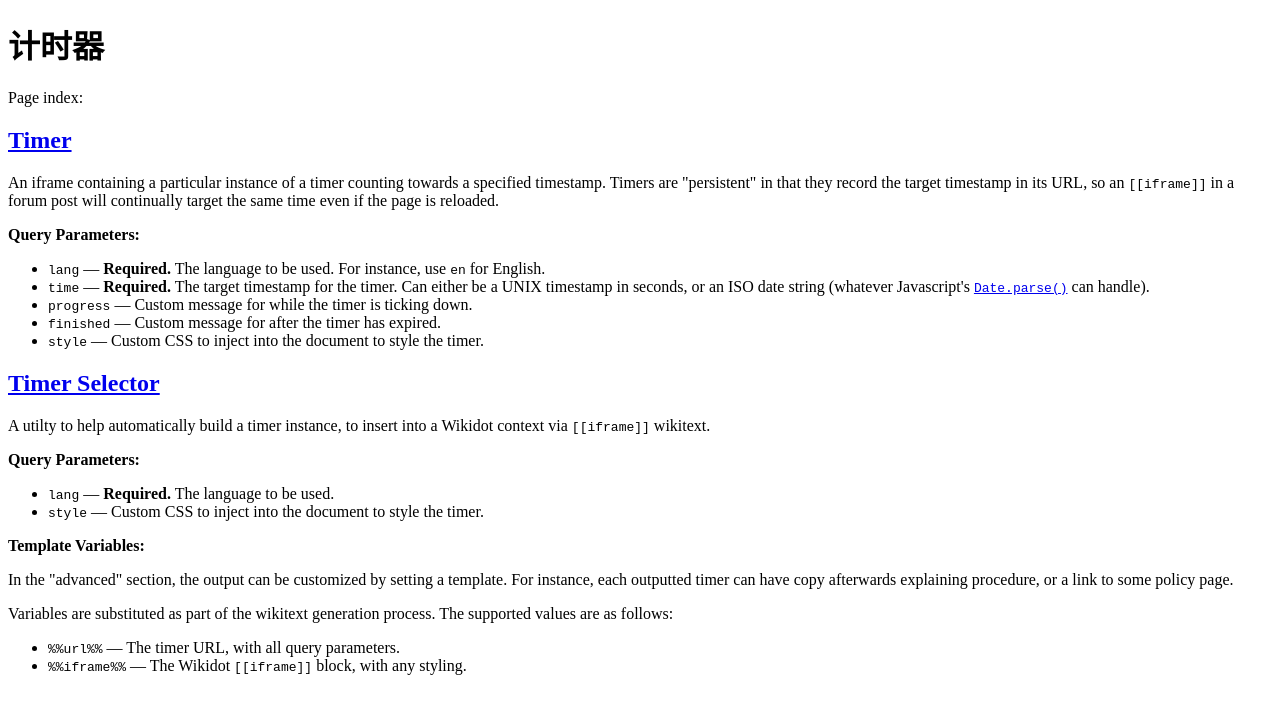
Repository: cirisus/ArknighTimer
Page: index.html
An editor plug-in stored every save of this project. The page is shown before and after the next save, followed by the edit.
The browser window is 1280 px wide. The pictures show the whole page.

Above is the page before, as saved 2024-03-04 21:09:55.

### index.html
<!DOCTYPE html>
<html>
  <head>
    <title>明日方舟同人中文站 - 计时器</title>

    <meta charset="UTF-8">
  </head>

  <body>
    <h1>计时器</h1>

    <p>
      Page index:
    </p>

    <h2 id="timer"><a href="/timer.html">Timer</a></h2>

    <p>
      An iframe containing a particular instance of a timer counting towards a specified timestamp.

      Timers are "persistent" in that they record the target timestamp in its URL, so an
      <tt>[[iframe]]</tt> in a forum post will continually target the same time even if
      the page is reloaded.
    </p>

    <p>
      <strong>Query Parameters:</strong>
    </p>

    <ul>
      <li>
        <tt>lang</tt> &mdash; <strong>Required.</strong> The language to be used.
        For instance, use <tt>en</tt> for English.
      </li>

      <li>
        <tt>time</tt> &mdash; <strong>Required.</strong> The target timestamp for the timer.
        Can either be a UNIX timestamp in seconds, or an ISO date string (whatever Javascript's
        <a href="https://developer.mozilla.org/en-US/docs/Web/JavaScript/Reference/Global_Objects/Date/parse"><tt>Date.parse()</tt></a> can handle).
      </li>

      <li>
        <tt>progress</tt> &mdash; Custom message for while the timer is ticking down.
      </li>

      <li>
        <tt>finished</tt> &mdash; Custom message for after the timer has expired.
      </li>

      <li>
        <tt>style</tt> &mdash; Custom CSS to inject into the document to style the timer.
      </li>
    </ul>

    <h2 id="timer-selector"><a href="/timer/timer-selector.html">Timer Selector</a></h2>

    <p>
      A utilty to help automatically build a timer instance, to insert into a Wikidot context
      via <tt>[[iframe]]</tt> wikitext.
    </p>

    <p>
      <strong>Query Parameters:</strong>
    </p>

    <ul>
      <li>
        <tt>lang</tt> &mdash; <strong>Required.</strong> The language to be used.
      </li>

      <li>
        <tt>style</tt> &mdash; Custom CSS to inject into the document to style the timer.
      </li>
    </ul>

    <p>
      <strong>Template Variables:</strong>
    </p>

    <p>
      In the "advanced" section, the output can be customized by setting a template.
      For instance, each outputted timer can have copy afterwards explaining procedure,
      or a link to some policy page.
    </p>

    <p>
      Variables are substituted as part of the wikitext generation process.
      The supported values are as follows:
    </p>

    <ul>
      <li>
        <tt>%%url%%</tt> &mdash; The timer URL, with all query parameters.
      </li>

      <li>
        <tt>%%iframe%%</tt> &mdash; The Wikidot <tt>[[iframe]]</tt> block, with any styling.
      </li>
    </ul>
  </body>
</html>

After the next save:
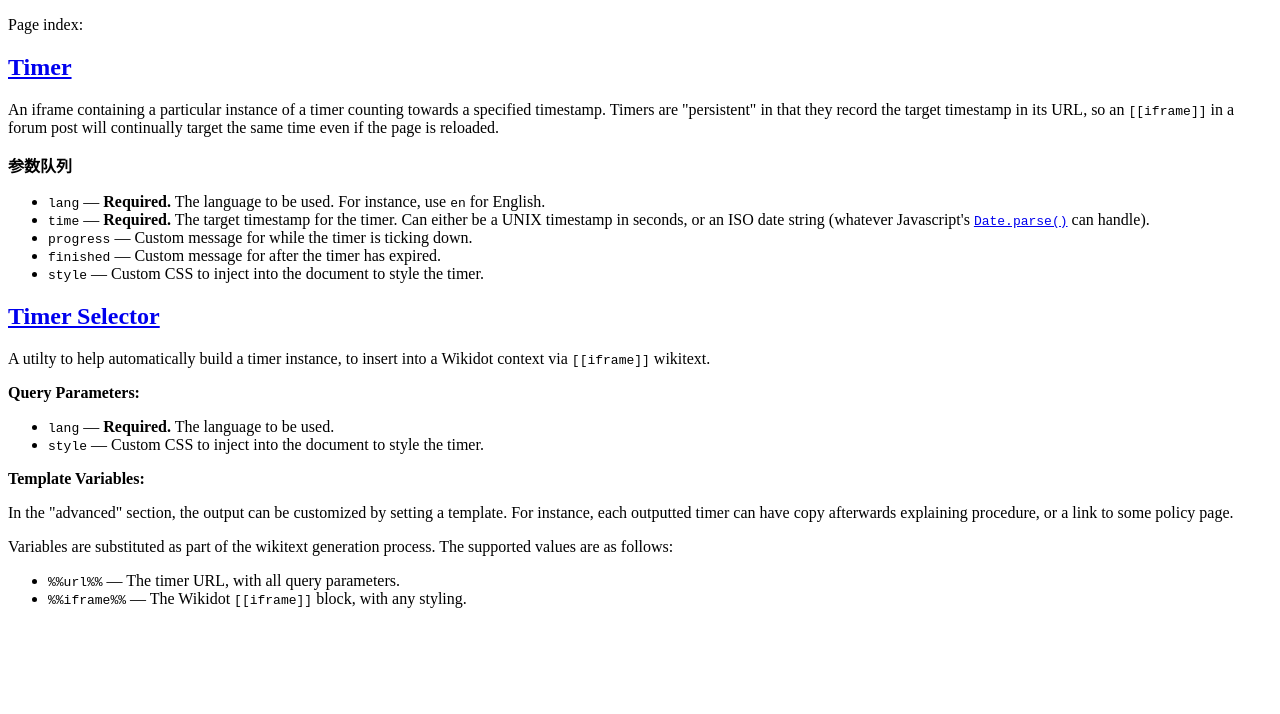
Saved 71 s later.
--- a/index.html
+++ b/index.html
@@ -7,8 +7,6 @@
   </head>
 
   <body>
-    <h1>计时器</h1>
-
     <p>
       Page index:
     </p>
@@ -24,7 +22,7 @@
     </p>
 
     <p>
-      <strong>Query Parameters:</strong>
+      <strong>参数队列</strong>
     </p>
 
     <ul>
